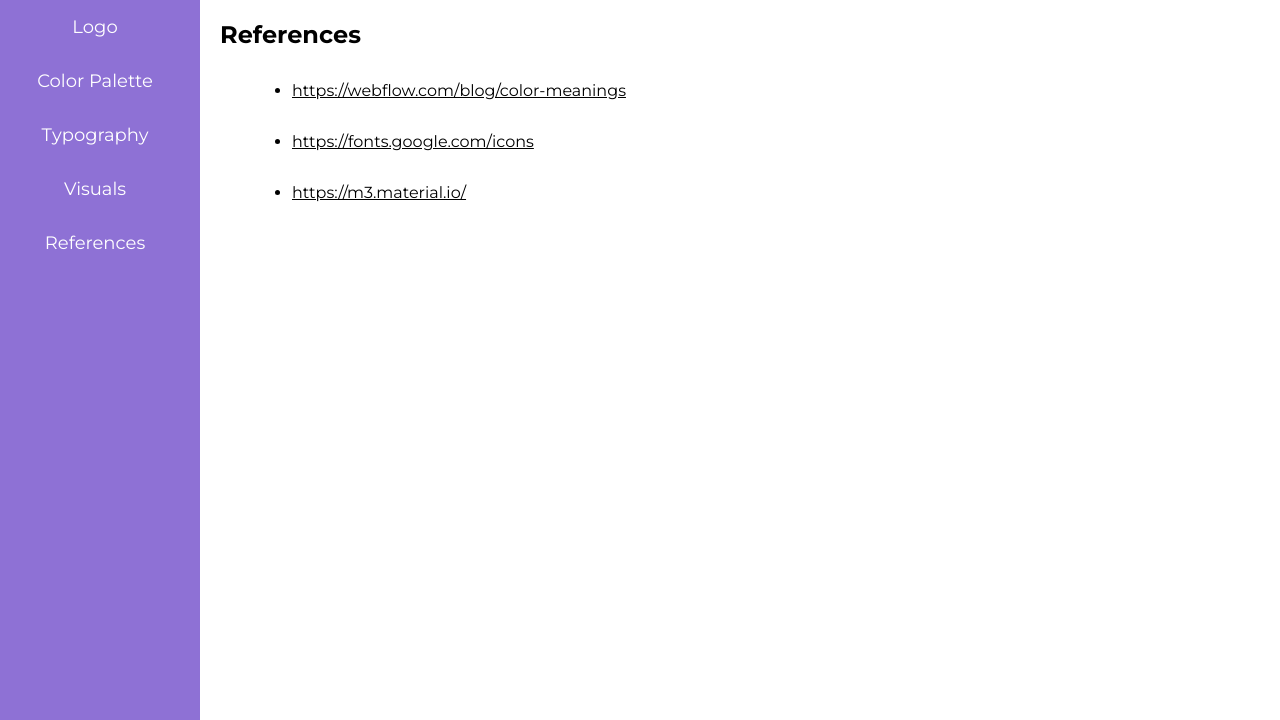
Repository: Irinalimm/PocketProfs-A5Styleguide
Page: pages/references.html
These files come from the project's save history. The page is drawn as it stood at one moment and after the next save; the edit follows.
The browser window is 1280 px wide. The pictures show the whole page.
Some web libraries are served in a nearby version.

Above is the page before, as saved 2024-04-10 22:22:42.

### pages/references.html
<!DOCTYPE html>
<html lang="en">
<head>
  <meta charset="UTF-8">
  <meta name="viewport" content="width=device-width, initial-scale=1.0">
  <link rel="icon" type="image/x-icon" href="/img/OSCAR-THE-OTTER_LOGO-FAVICON-48x48.ico">
  <link rel="stylesheet" href="/css/references.css">
  <link rel="preconnect" href="https://fonts.googleapis.com">
  <link rel="preconnect" href="https://fonts.gstatic.com" crossorigin>
  <link href="https://fonts.googleapis.com/css2?family=Montserrat:ital,wght@0,100..900;1,100..900&display=swap" rel="stylesheet">
  <title>References</title>
</head>
<body>
  <div class="sidenav button-effect">
    <div class="link-container">
      <a class="effect effect-4" href="home.html">Logo</a>
      <a class="effect effect-4" href="colour.html">Color Palette</a>
      <a class="effect effect-4" href="typography.html">Typography</a>
      <a class="effect effect-4" href="visuals.html">Visuals</a>
      <a class="effect effect-4" href="references.html">References</a>
    </div>

  </div>

  <div class="content">
    <h2>References</h2>
    <div class="outer-container">
      <ul>
        <li><a href="https://webflow.com/blog/color-meanings">https://webflow.com/blog/color-meanings</a></li>
        <li><a href="https://fonts.google.com/icons">https://fonts.google.com/icons</li>
          <li><a href="https://m3.material.io/">https://m3.material.io/</a></li>
      </ul>

    </div>
  </div>

  <footer></footer>
  <script src="https://kit.fontawesome.com/d1051c85c7.js" crossorigin="anonymous"></script>
</body>
</html>

### css/references.css
* {
    box-sizing: border-box;
  }

  body {
    margin: 0;
    font-family: "Montserrat", sans-serif;
  }

  a{
    color: black;
  }

  a:link, a:visited{
    text-decoration: underline;
  }

  li{
    margin: 2rem;
  }

  /* Style the side navigation */
  .sidenav {
    height: 100%;
    width: 200px;
    position: fixed;
    z-index: 1;
    top: 0;
    left: 0;
    background-color: rgb(142,113,213);
    overflow-x: hidden;
    animation: 1s ease-out 0s 1 slideInFromLeft;
  }


  /* Side navigation links */
  .sidenav a {
    color: white;
    padding: 16px;
    text-decoration: none;
    display: block;
    margin-left: 20px;
  }

  /* Change color on hover */
  .sidenav a:hover {
    background-color: rgb(180,158,244);
    color: black;
  }

  /* Style the content */
  .content {
    margin-left: 200px;
    padding-left: 20px;
    animation: 1s ease-out 0s 1 slideInFromLeft;
  }

  .effect {
    text-align: center;
    display: inline-block;
    position: relative;
    text-decoration: none;
    color: orange;
    text-transform: capitalize;
    /* background-color: - add your own background-color */
    font-family: 'Montserrat', sans-serif; /* put your font-family */
    font-size: 18px;
    padding: 20px 0px;
    width: 150px;
    border-radius: 10px;
    overflow: hidden;
  }

  .effect.effect-4 {
    transition: all 0.5s linear 0s;
    animation: fadeIn 2s ;
  }

  .effect.effect-4:before {
    content: "\f178";
    font-family: FontAwesome;
    display: flex;
    align-items: center;
    justify-content: center;
    position: absolute;
    top: 0;
    left: 0px;
    width: 100%;
    height: 100%;
    text-align: center;
    font-size: 30px;
    transform: scale(0,3);
    transition: all 0.1s linear 0s;
  }

  .effect.effect-4:hover {
    text-indent: -9999px;
  }

  .effect.effect-4:hover:before {
    transform: scale(1,1);
    text-indent: 0;
  }


  @keyframes fadeIn {
    from {
      opacity: 0;
    }
    to {
      opacity: 1;
    }
  }

  @keyframes slideInFromLeft {
    0% {
      transform: translateX(-100%);
    }
    100% {
      transform: translateX(0);
    }
  }

After the next save:
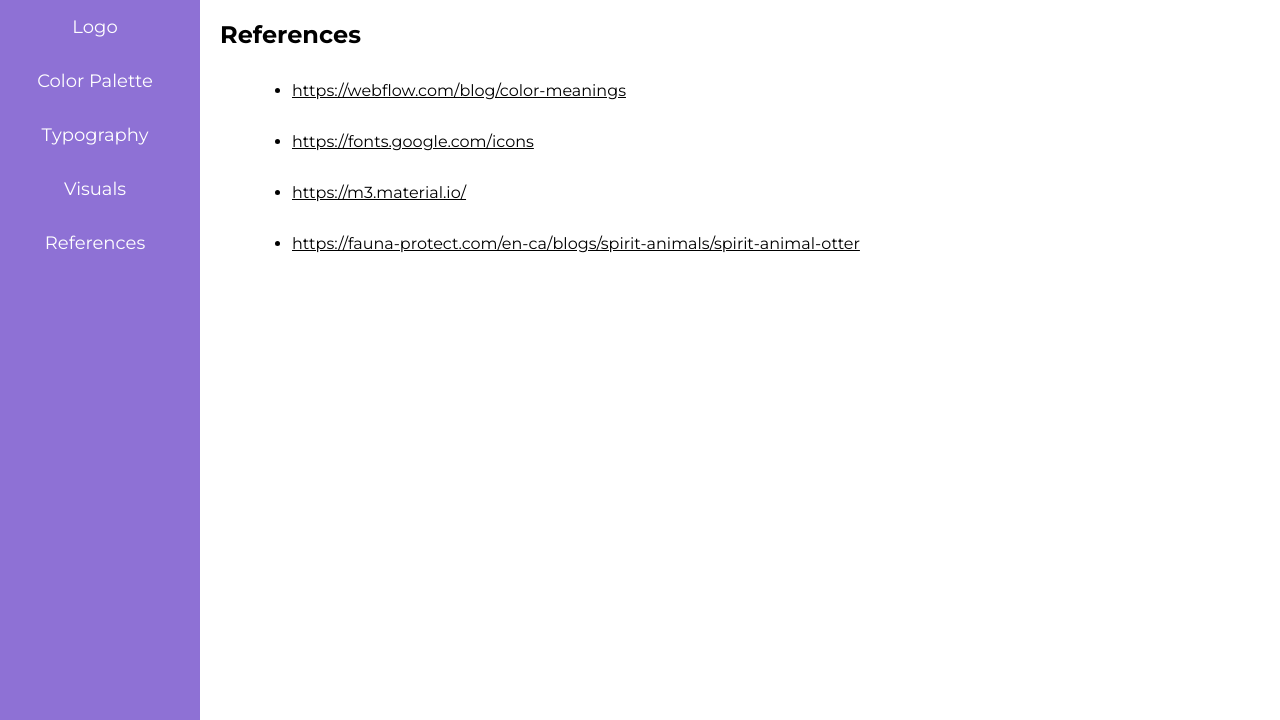
Saved 4 min 32 s later.
--- a/pages/references.html
+++ b/pages/references.html
@@ -29,6 +29,7 @@
         <li><a href="https://webflow.com/blog/color-meanings">https://webflow.com/blog/color-meanings</a></li>
         <li><a href="https://fonts.google.com/icons">https://fonts.google.com/icons</li>
           <li><a href="https://m3.material.io/">https://m3.material.io/</a></li>
+          <li><a href="https://fauna-protect.com/en-ca/blogs/spirit-animals/spirit-animal-otter">https://fauna-protect.com/en-ca/blogs/spirit-animals/spirit-animal-otter</a></li>
       </ul>
 
     </div>
